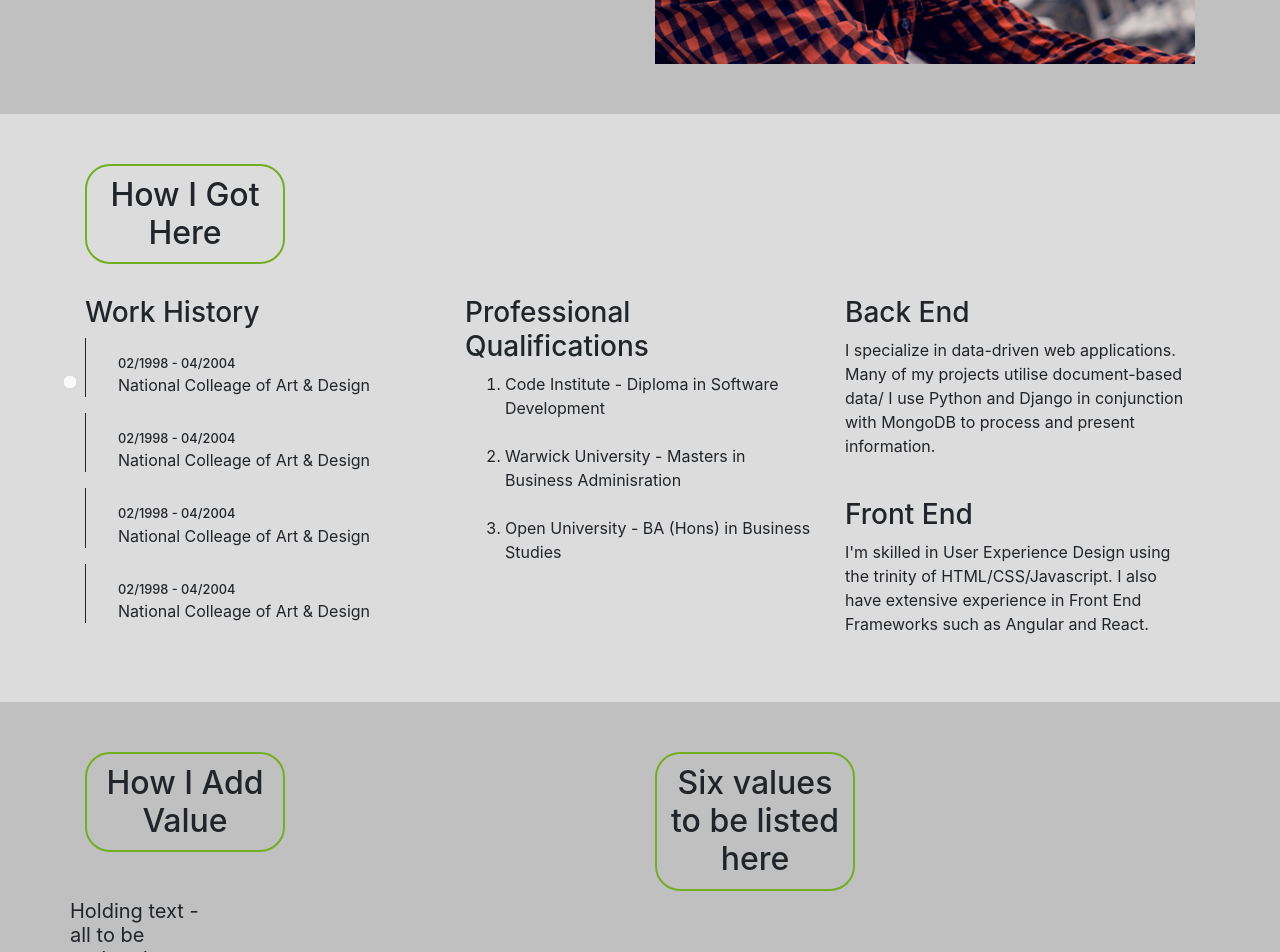
Repository: Code-Institute-Submissions/tenerim-milestone1
Page: index.html
The author's editor kept a record of every edit. The page is drawn from the files as they stood at one moment, then again after the next edit.
The browser window is 1280 px wide. The pictures show the part of the page from y = 1736 to 2688 px (the page is 3338 px tall).
A picture or video elsewhere on the page could not be fetched, so the positions and the page height are approximate.

Above is the page before.

After the next edit:
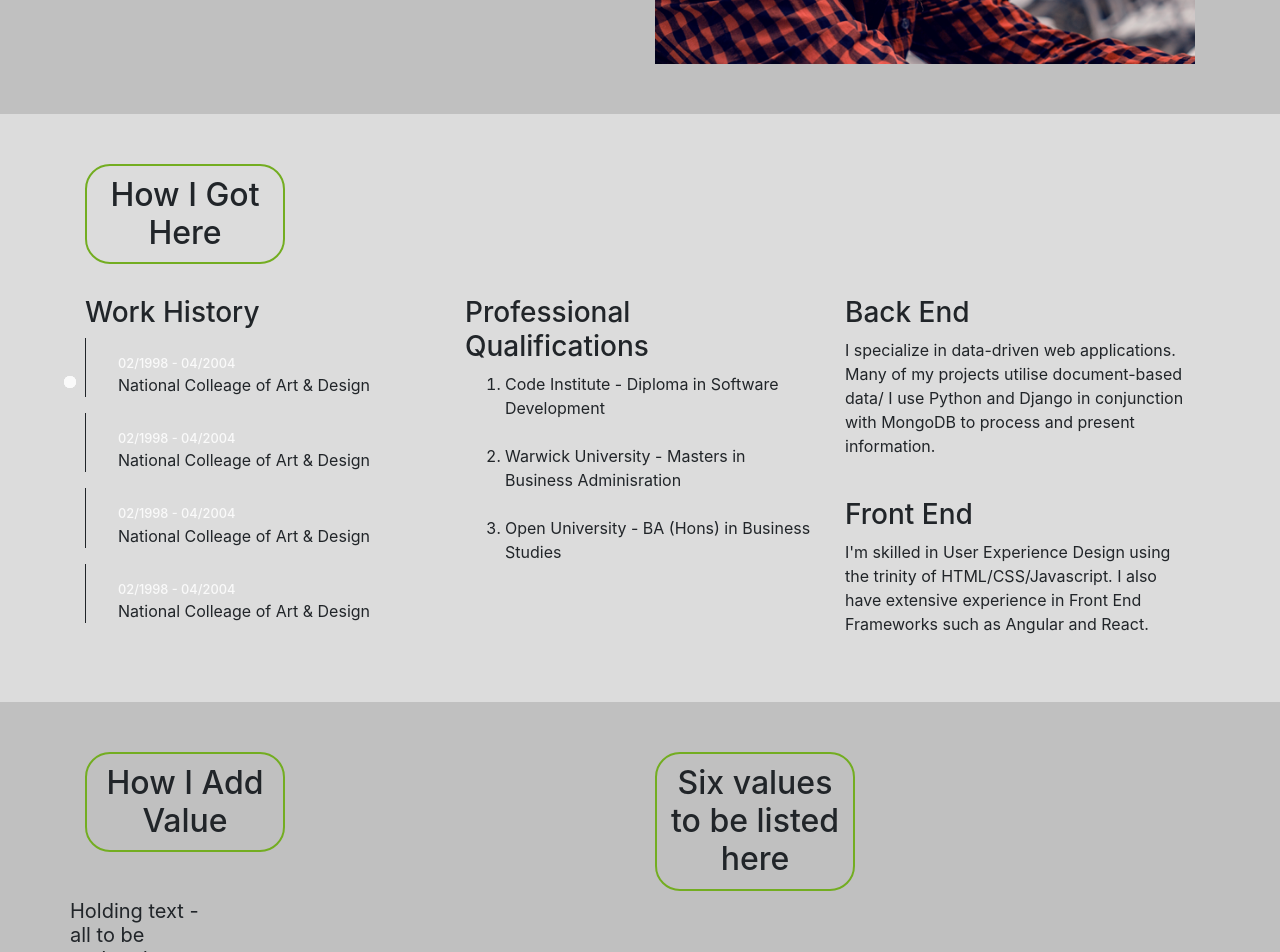
The edit:
--- a/assets/css/style.css
+++ b/assets/css/style.css
@@ -52,6 +52,7 @@
     display: block;
     font-weight: 500;
     font-size: 0.8em;
+    color: #fafafa;
 }
 
 .timeline-item:after {
